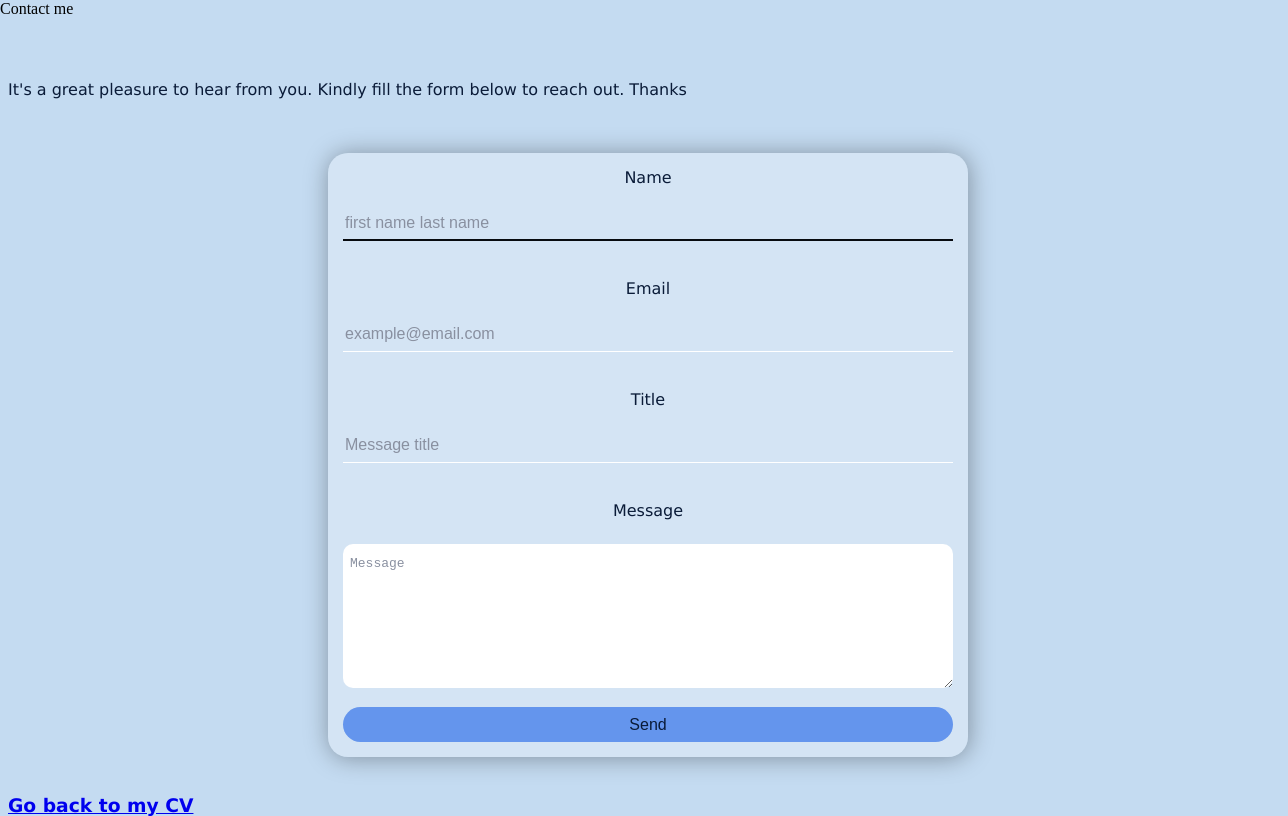
Repository: idmcalculus/Damilola-s-Profile
Page: contactme.html
The author's editor kept a copy of each file at every save. The page is drawn from the files as they stood at one save, then again after the next save.
The browser window is 1280 px wide. The page is 1288 px wide, so the pictures cover 1288 px, including what lies to the right of the window. The pictures show the whole page.

Above is the page before, as saved 2019-10-15 23:44:09.

### contactme.html
<!DOCTYPE html>
<html lang="en">
  <head>
    <meta charset="UTF-8" />
    <meta name="viewport" content="width=device-width, initial-scale=1.0" />
    <meta http-equiv="X-UA-Compatible" content="ie=edge" />
    <link rel="stylesheet" href="contactme.css" />
    <title>Contact me</title>
</head>
<br><br>
<body>
    <div>
        <p>It's a great pleasure to hear from you. Kindly fill the form below to reach out. Thanks</p>
    </div>
    <br><br>
    <form class="form-style form-grid contact-form">
        <label for="Name">Name</label></br>
        <input type="text" placeholder="first name last name" minlength="4" required/>
        <div id="error"></div> </br></br>
        <label>Email</label></br>
        <input type="email" placeholder="example@email.com" required/> </br></br>
        <label>Title</label></br>
        <input type="text" placeholder="Message title" required/> </br></br>
        <label>Message</label></br>
        <textarea placeholder="Message" minlength="20" cols="30" rows="5" required></textarea> </br>
        <input id="submit" type="submit" value="Send">
    </form>
    <script src="contactme.js"></script>
</body>
<br>
<footer>
        <nav>
            <h3><a href="index.html">Go back to my CV</a></h3>
        </nav>
</footer>

### contactme.css
body {
    font-family: Verdana, Geneva, Tahoma, sans-serif;
    font-size: medium;
    background: rgb(196, 219, 241);
    color: rgb(10, 27, 56);
    box-sizing: border-box;
    height: 100vh;
    width: 100%;
  }
  *{
    outline: none;
    box-sizing: border-box;
    display: block;
}
.form-style {
    background: rgba(250, 250, 250, 0.28);
    padding: 15px;
    box-shadow: 1px 1px 25px rgba(0, 0, 0, 0.35);
    border-radius: 20px;
    width: 50%;
    margin: 0 auto;
}
.form_grid{
    display: grid;
    grid-template-columns: 45% 45%;
    grid-gap: 5%;
    align-items: center;
}
::placeholder {
    color: rgb(137, 144, 160);
  }
.contact-form input {
    width: 100%;
    height: 35px;
    color: rgb(10, 27, 56);
    font-size: 1em;
    line-height: 2em;
    border: none;
    border-bottom: 1px solid #fff;
    background-color: transparent;
    margin-right: 0.5em;
    transition: ease-in-out 0.5s;
}
.contact-form label {
    text-align: center;
}
textarea {
    border-radius: 10px;
    width: 100%;
    margin-top: 5px;
    padding: 7px;
    color: rgb(10, 27, 56);
    font-size: 1em;
    line-height: 2em;
    border: none;
}
input:hover, input:focus{
    border-bottom: 2px solid #070a0f;
  }
#submit {
    /*border: 1px solid blue;*/
    border: none;
    background-color: cornflowerblue;
    border-radius: 20px;
}
input[type="submit"]:hover {
    transform: scale(1.2);
}
.is-invalid {
    text-decoration: line-through;
}

### contactme.js
document.addEventListener("DOMContentLoaded", () => {
    document.querySelector('.contact-form input').focus();
    const validateName = () => {
        const name = document.querySelectorAll('.contact-form input')[0];
        if (!name.value || !name.value.trim()) return alert(`Name is required`);
        /*const isValid = /^([A-Za-z])\s([A-Za-z])$/.test(name.value);
        if (!isValid) {
            alert(`Kindly input a valid name, only alphabets expected`)
            return name.classList.add('is-invalid')
        }
        return name.classList.remove('is-invalid');*/
          };
    const validateEmail = () => {
        const email = document.querySelectorAll('.contact-form input')[1];
        if (!email.value || !email.value.trim()) return alert(`Email is required`);
        const isValid = /^([a-zA-Z0-9_.-])+@(([a-zA-Z0-9-])+\.)+([a-zA-Z0-9]{3})+$/.test(email.value);
        if (!isValid) {
            alert(`Kindly input a valid email address`)
            return email.classList.add('is-invalid')
        }
        return email.classList.remove('is-invalid');
    };
    const validateTitle = () => {
        const title = document.querySelectorAll('.contact-form input')[2];
        if (!title.value || !title.value.trim()) return alert(`Kindly give your message a title`);
        /*const isValid = /^([A-Za-z0-9.,-?;:'"])$/.test(title.value);
        if (!isValid) {
            alert(`Kindly input a valid title`)
            return title.classList.add('is-invalid')
        }
        return title.classList.remove('is-invalid');*/
    };
    const validateMessage = () => {
        const message = document.querySelector('.contact-form textarea');
        if (!message.value || !message.value.trim()) return alert(`I look forward to hearing from you, kindly input a message`);
        if (message.value.length < 20) {
            alert(`at least 20 characters expected, thanks`)
            return message.classList.add('is-invalid')
        }
        return message.classList.remove('is-invalid');
    };
    const validateInputs = () => {
        validateName();
        validateEmail();
        validateTitle();
        validateMessage();
    }
    document.querySelector('#submit').addEventListener('click', validateInputs);


});

After the next save:
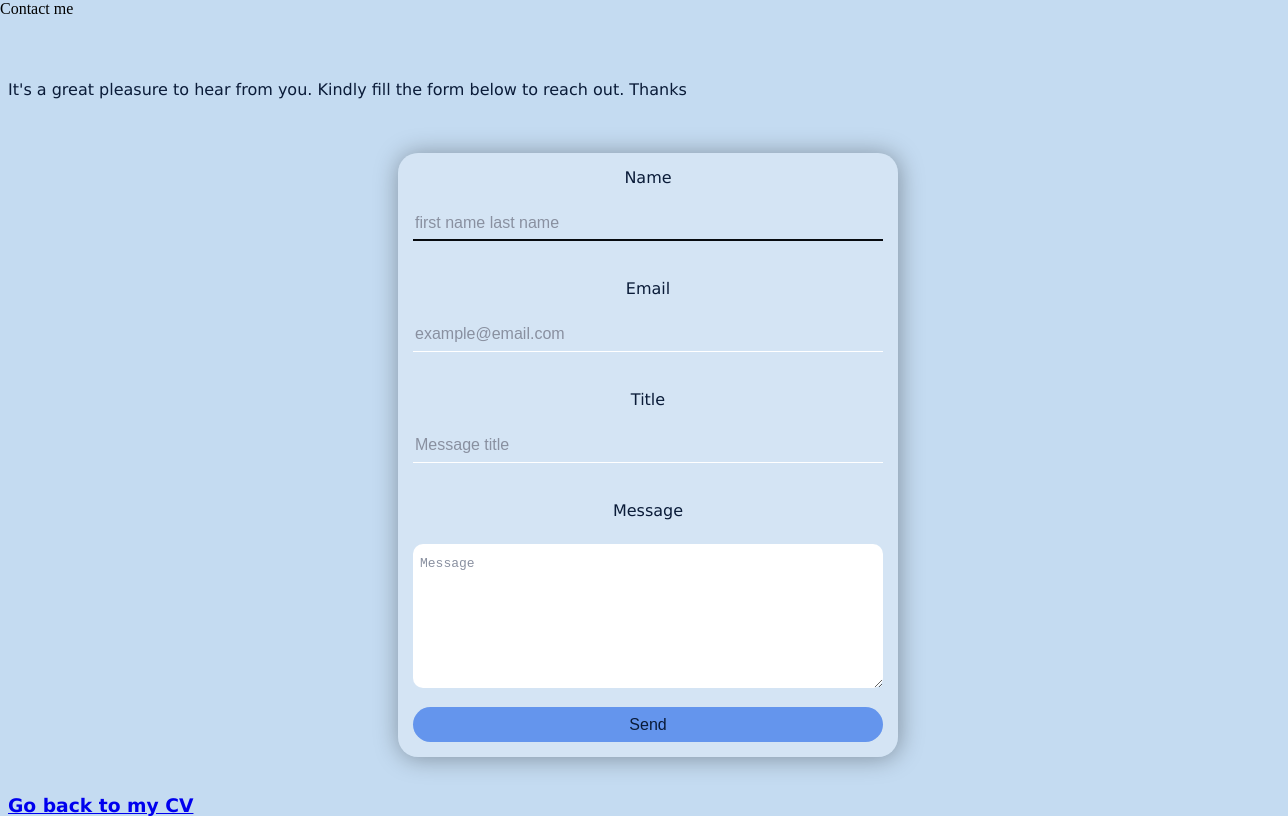
Saved 3 min 59 s later.
--- a/contactme.css
+++ b/contactme.css
@@ -18,6 +18,7 @@ body {
     box-shadow: 1px 1px 25px rgba(0, 0, 0, 0.35);
     border-radius: 20px;
     width: 50%;
+    max-width: 500px;
     margin: 0 auto;
 }
 .form_grid{
